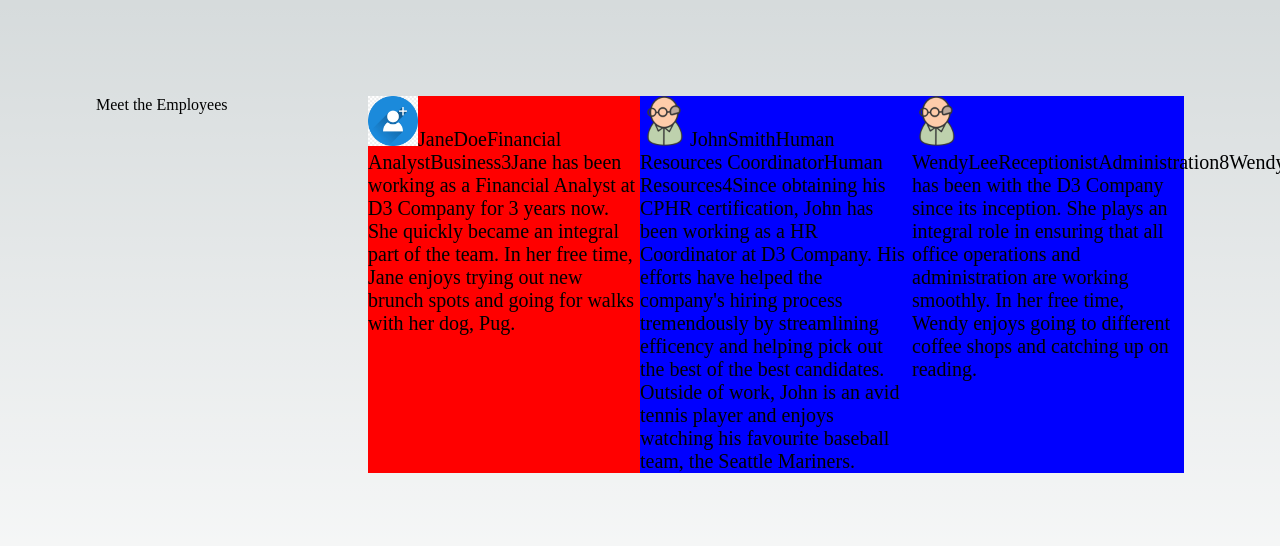
Repository: cheungglenda/MDIA2109-Week3
Page: /about
An editor plug-in stored every save of this project. The page is shown before and after the next save, followed by the edit.
The browser window is 1280 px wide. The pictures show the whole page.
The project was rebuilt for these pictures with package versions that can differ from the ones it lists, and the page was loaded fresh each time. The framework's server and built-in components were replaced by stand-ins that run in the browser. Also part of the build but not shown: next.config.js.

Above is the page before, as saved 2023-01-19 17:29:02.

### pages/about.js
import Head from 'next/head'
import { Inter } from '@next/font/google'
import styles from '@/styles/Home.module.css'
import aboutData from '../data/about.json'
import { useState } from 'react'
import EmployeeCard  from '../components/EmployeeCard'
import Link from 'next/link'

export default function About() {

    const [aboutEmployees, setAboutEmployees] = useState([...aboutData])
    console.log(aboutData)
    return (
   <>
      <Head>
        <title>About Page</title>
        <meta name="description" content="Meet the Employees" />
        <meta name="viewport" content="width=device-width, initial-scale=1" />
        <link rel="icon" href="/favicon.ico" />
      </Head>
      <main className={styles.main}>

        <div className={styles.grid}>
          <div>Meet the Employees</div>
          {aboutEmployees && aboutEmployees.map((info, index) => {
            if(info.firstName.toLowerCase() === "jane") {
            return (
              <EmployeeCard
              key={index}
              firstname={info.firstName}
              lastname={info.lastName}
              jobtitle={info.jobTitle}
              department={info.department}
              yearsworked={info.yearsWorked}
              description={info.description}
              color="red" font="20px"/>
            )
          }
          })}

          {aboutEmployees && aboutEmployees.map((info, index) => {
            if(info.firstName.toLowerCase() === "john") {
            return (
              <EmployeeCard
              key={index}
              firstname={info.firstName}
              lastname={info.lastName}
              jobtitle={info.jobTitle}
              department={info.department}
              yearsworked={info.yearsWorked}
              description={info.description}
              color="blue" font="20px"/>
            )
          }
          })}

          {aboutEmployees && aboutEmployees.map((info, index) => {
            if(info.firstName.toLowerCase() === "wendy") {
            return (
              <EmployeeCard
              key={index}
              firstname={info.firstName}
              lastname={info.lastName}
              jobtitle={info.jobTitle}
              department={info.department}
              yearsworked={info.yearsWorked}
              description={info.description}
              color="blue" font="20px"/>
            )
          }
          })}
        </div>
      </main>
    </>
  )
}

### data/about.json
[
    {
        "firstName": "Jane",
        "lastName": "Doe",
        "department": "Business",
        "jobTitle": "Financial Analyst",
        "yearsWorked": 3,
        "description": "Jane has been working as a Financial Analyst at D3 Company for 3 years now. She quickly became an integral part of the team. In her free time, Jane enjoys trying out new brunch spots and going for walks with her dog, Pug."
    },
    {
        "firstName": "John",
        "lastName": "Smith",
        "department": "Human Resources",
        "jobTitle": "Human Resources Coordinator",
        "yearsWorked": 4,
        "description": "Since obtaining his CPHR certification, John has been working as a HR Coordinator at D3 Company. His efforts have helped the company's hiring process tremendously by streamlining efficency and helping pick out the best of the best candidates. Outside of work, John is an avid tennis player and enjoys watching his favourite baseball team, the Seattle Mariners."

    },
    {
        "firstName": "Wendy",
        "lastName": "Lee",
        "department": "Administration",
        "jobTitle": "Receptionist",
        "yearsWorked": 8,
        "description": "Wendy has been with the D3 Company since its inception. She plays an integral role in ensuring that all office operations and administration are working smoothly. In her free time, Wendy enjoys going to different coffee shops and catching up on reading."

    }
]

### components/EmployeeCard/index.js
export default function EmployeeCard({
    firstname = "none",
    lastname = "none",
    department = "none",
    jobtitle = "none",
    yearsworked = 0,
    description = "none",
    color = "pink",
    font = "O",
    image = "icon/personTwo.png"
}) {
    return (
        <div style={{backgroundColor: color, fontSize: font}}>
            {
                color === "pink" ? <img src={'icon/person.png'} width="50"/> :
                color === "blue" ? <img src={'icon/personThree.png'} width="50"/> :
                <img src={image} width="50"/>
            }
            {firstname}
            {lastname}
            {jobtitle}
            {department}
            {yearsworked}
            {description}
        </div>
    )
}

Loaded but not shown: pages/_app.js (common file); pages/_document.js (common file); pages/api/hello.js (common file); styles/globals.css (common file); styles/Home.module.css (common file)

After the next save:
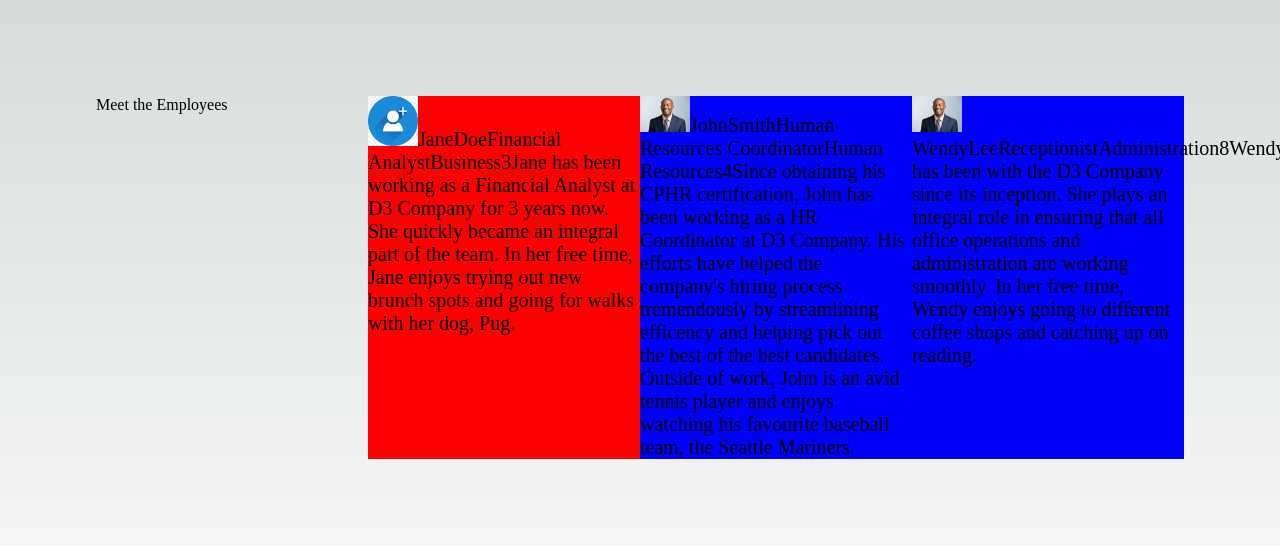
Saved 35 min 51 s later.
--- a/components/EmployeeCard/index.js
+++ b/components/EmployeeCard/index.js
@@ -13,7 +13,7 @@ export default function EmployeeCard({
         <div style={{backgroundColor: color, fontSize: font}}>
             {
                 color === "pink" ? <img src={'icon/person.png'} width="50"/> :
-                color === "blue" ? <img src={'icon/personThree.png'} width="50"/> :
+                color === "blue" ? <img src={'headshots/photo1.jpeg'} width="50"/> :
                 <img src={image} width="50"/>
             }
             {firstname}
